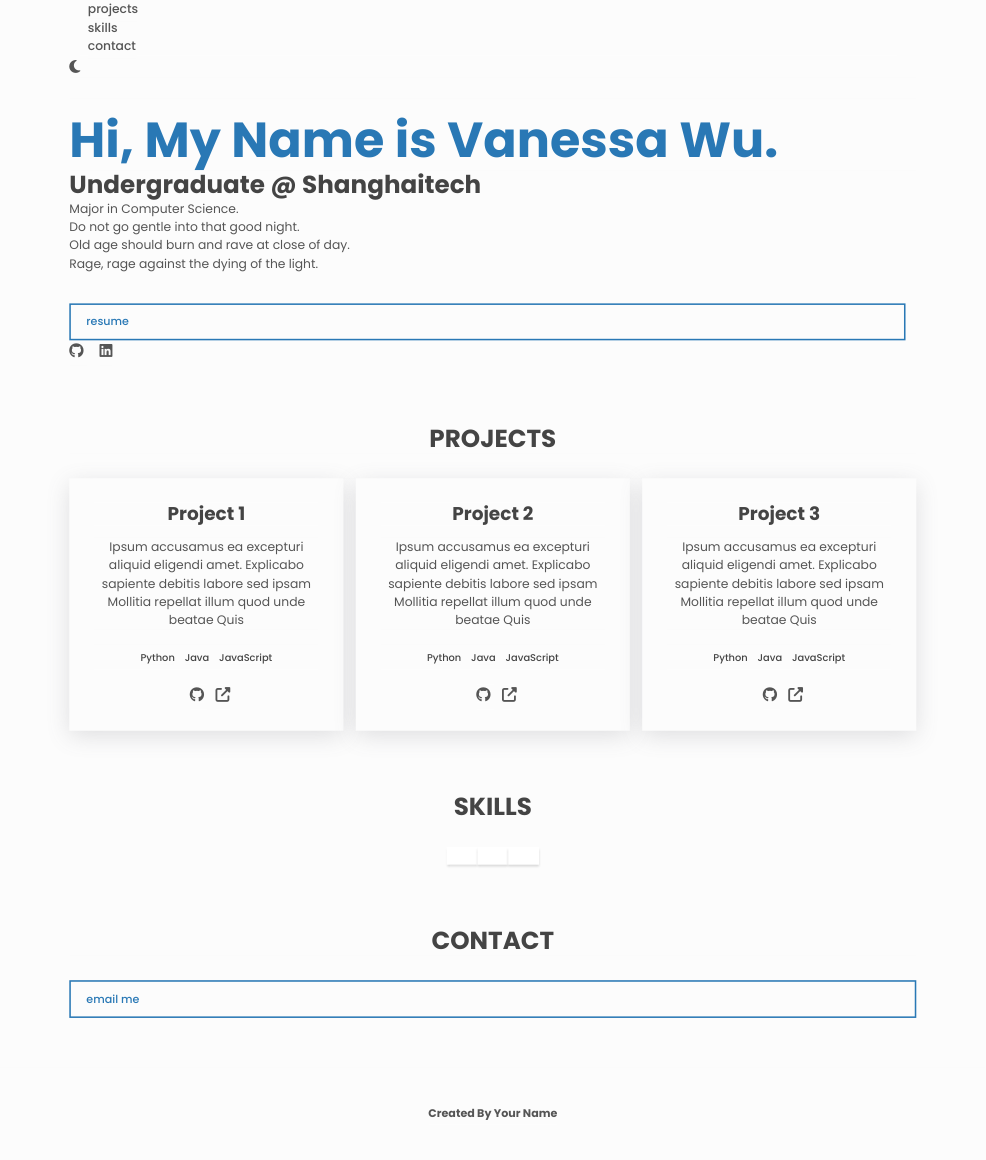
Repository: indiansummer1022/Cubstart
Page: Web Track/hw1/index.html
An editor plug-in stored every save of this project. The page is shown before and after the next save, followed by the edit.
The browser window is 1280 px wide. The pictures show the whole page, at 77% of full size.
Some web libraries are served in a nearby version.

Above is the page before, as saved 2022-02-16 00:29:51.

### Web Track/hw1/index.html
<!DOCTYPE html>
<html lang="en">

<head>
  <meta charset="UTF-8" />
  <meta name="viewport" content="width=device-width, initial-scale=1" />
  <meta name="description" content="Portfolio" />
  <link rel="preconnect" href="https://fonts.googleapis.com" />
  <link rel="preconnect" href="https://fonts.gstatic.com" crossorigin />
  <link href="https://fonts.googleapis.com/css2?family=Poppins:wght@400;500;700&display=swap" rel="stylesheet" />
  <script src="https://kit.fontawesome.com/fa62c117c7.js" crossorigin="anonymous"></script>
  <!-- BEGIN PART 1 -->
  <link rel="stylesheet" href ="styles.css">
  <title>Vanessa Wu</title>
  <!-- END PART 1 -->
</head>

<body class="light" id="top">
  <header class="header center">
    <!-- BEGIN PART 2 -->
    <h3>
        <a href="/"></a>
    </h3>
    <!-- END PART 2 -->
    <nav class="nav center">
      <ul class="nav__list center">
        <li class="nav__list-item">
          <a class="link link--nav" href="#projects">Projects</a>
        </li>
        <li class="nav__list-item">
          <a class="link link--nav" href="#skills">Skills</a>
        </li>
        <li class="nav__list-item">
          <a class="link link--nav" href="#contact">Contact</a>
        </li>
      </ul>

      <!-- BEGIN PART 5 -->

      <button type="button" aria-label="toggle theme" class="btn btn--icon">
        <i id="btn-theme" class="fas fa-moon"></i>
      </button>

      <!--
        5.1: What does this button tag correspond to on the site?

        Corresponds to the moon icon on top left of the page which to change the light/ dark theme of the website.

      -->

      <button type="button" aria-label="toggle navigation" class="btn btn--icon nav__hamburger">
        <i class="fas fa-bars"></i>
      </button>

      <!--
        5.2: Try Ctrl-F in styles.css and look the class 'nav__hamburger'. You'll notice that it
        appears in 2 places. Why is one of the rules 'display: none' on one instance? How do you
        make it so that this button appears on screen?
        Hint: remember what @media (max-width: 600px) means.

        1. @media (max-width: 600px) is for mobile so hamburger is set to appear on the screen if it is the mobile version.
        The element is hidden if it is the desktop version. [referring: @hannahmcg]
        2. Change 'display: none' to flex so this button will appear.

      -->

      <!-- END PART 5 -->
    </nav>
  </header>

  <main>
    <div class="about center">
      <!-- BEGIN PART 6 -->
      <h1 class="about__name">
        Hi, My Name is Vanessa Wu.
      </h1>
      <h2 class="about_role">
        Undergraduate @ Shanghaitech
      </h2>
      <p class="about-desc">
        Major in Computer Science. <br>
        Do not go gentle into that good night. <br>
        Old age should burn and rave at close of day. <br>
        Rage, rage against the dying of the light. <br>
      </p>
      <!-- END PART 6 -->
      <div class="about__contact center">
        <a href="https://example.com">
          <span class="btn btn--outline">Resume</span>
        </a>

        <a href="https://github.com/" aria-label="github" class="link link--icon">
          <i aria-hidden="true" class="fab fa-github"></i>
        </a>

        <a href="https://linkedin.com/in/" aria-label="linkedin" class="link link--icon">
          <i aria-hidden="true" class="fab fa-linkedin"></i>
        </a>
      </div>
    </div>
    <section id="projects" class="section projects">
      <h2 class="section__title">Projects</h2>
      <div class="projects__grid">
        <!-- BEGIN PART 8 -->
        <div class="project">
          <h3>Project 1</h3>
          <p class="project__description">
            Ipsum accusamus ea excepturi aliquid eligendi amet. Explicabo
            sapiente debitis labore sed ipsam Mollitia repellat illum quod
            unde beatae Quis
          </p>
          <ul class="project__stack">
            <li class="project__stack-item">Python</li>
            <li class="project__stack-item">Java</li>
            <li class="project__stack-item">JavaScript</li>
          </ul>

          <a href="https://github.com" aria-label="source code" class="link link--icon">
            <i aria-hidden="true" class="fab fa-github"></i>
          </a>
          <a href="https://example.com" aria-label="live preview" class="link link--icon">
            <i aria-hidden="true" class="fas fa-external-link-alt"></i>
          </a>
        </div>
        <!-- multiple projects -->
        <div class="project">
          <h3>Project 2</h3>
          <p class="project__description">
            Ipsum accusamus ea excepturi aliquid eligendi amet. Explicabo
            sapiente debitis labore sed ipsam Mollitia repellat illum quod
            unde beatae Quis
          </p>
          <ul class="project__stack">
            <li class="project__stack-item">Python</li>
            <li class="project__stack-item">Java</li>
            <li class="project__stack-item">JavaScript</li>
          </ul>

          <a href="https://github.com" aria-label="source code" class="link link--icon">
            <i aria-hidden="true" class="fab fa-github"></i>
          </a>
          <a href="https://example.com" aria-label="live preview" class="link link--icon">
            <i aria-hidden="true" class="fas fa-external-link-alt"></i>
          </a>
        </div>
        <!-- multiple projects -->
        <div class="project">
          <h3>Project 3</h3>
          <p class="project__description">
            Ipsum accusamus ea excepturi aliquid eligendi amet. Explicabo
            sapiente debitis labore sed ipsam Mollitia repellat illum quod
            unde beatae Quis
          </p>
          <ul class="project__stack">
            <li class="project__stack-item">Python</li>
            <li class="project__stack-item">Java</li>
            <li class="project__stack-item">JavaScript</li>
          </ul>

          <a href="https://github.com" aria-label="source code" class="link link--icon">
            <i aria-hidden="true" class="fab fa-github"></i>
          </a>
          <a href="https://example.com" aria-label="live preview" class="link link--icon">
            <i aria-hidden="true" class="fas fa-external-link-alt"></i>
          </a>
        </div>
        <!-- END PART 8 -->
      </div>
    </section>


    <section class="section skills" id="skills">
      <!-- BEGIN PART 10 -->
      <h2 class="section__title">Skills</h2>
      <ul class="skills__list">
        <li class="skills__list-item btn btn--plain"></li>
        <li class="skills__list-item btn btn--plain"></li>
        <li class="skills__list-item btn btn--plain"></li>
      </ul>
      <!-- END PART 10 -->
    </section>
    <section class="section contact center" id="contact">
      <h2 class="section__title">Contact</h2>
      <a href="mailto:youremail@gmail.com">
        <span class="btn btn--outline">Email me</span>
      </a>
    </section>
  </main>

  <footer class="footer">
    <!-- BEGIN PART 12 -->
    <a href="/" class="link footer__link">
      Created By Your Name
    </a>
    <!-- END PART 12 -->
  </footer>


  <div class="scroll-container">
    <div class="scroll-top">
      <a aria-label="Scroll up" href="#top">
        <i aria-hidden="true" class="fas fa-arrow-up"></i>
      </a>
    </div>
  </div>
  <script src="./script.js"></script>
</body>

</html>

### Web Track/hw1/styles.css
/*===============
  global styles
===============*/

* {
  padding: 0;
  margin: 0;
  border: 0;
  outline: 0;
  background-color: inherit;
  color: inherit;
  font-family: inherit;
  font-size: inherit;
  box-shadow: none;
  box-sizing: border-box;
}

html {
  scroll-behavior: smooth;
}

body {
  font-family: "Poppins", sans-serif;
  line-height: 1.5;
  color: var(--clr-fg);
  background-color: var(--clr-bg);
}

.light {
  --clr-bg: #fcfcfc;
  --clr-bg-alt: #fff;
  --clr-fg: #555;
  --clr-fg-alt: #444;
  --clr-primary: #2978b5;
  --shadow: rgba(100, 100, 111, 0.2) 0px 7px 29px 0px;
}

.dark {
  --clr-bg: #23283e;
  --clr-bg-alt: #2a2f4c;
  --clr-fg: #bdbddd;
  --clr-fg-alt: #cdcdff;
  --clr-primary: #90a0d9;
  --shadow: rgba(0, 0, 0, 0.16) 0px 10px 36px 0px,
    rgba(0, 0, 0, 0.06) 0px 0px 0px 1px;
}

::-moz-selection {
  background: var(--clr-primary);
  color: var(--clr-bg);
}

::-webkit-selection,
::selection {
  background: var(--clr-primary);
  color: var(--clr-bg);
}

h1,
h2,
h3,
h4 {
  line-height: 1.2;
  color: var(--clr-fg-alt);
}

h1 {
  font-size: 4rem;
}

h2 {
  font-size: 2rem;
}

h3 {
  font-size: 1.5rem;
}

h4 {
  font-size: 1.3rem;
}

ul {
  list-style-type: none;
}

a {
  text-decoration: none;
}

button {
  cursor: pointer;
}

@media (max-width: 900px) {
  h1 {
    font-size: 2.6rem;
  }
}

/*===================
  buttons and links
===================*/

.link {
  color: var(--clr-primary);
  padding: 0 0 0.3em 0;
  position: relative;
}

.link:hover {
  color: var(--clr-primary);
}

/* BEGIN PART 4 */

.link::before {
  content: "";
  display: inline;
  width: 0%;
  height: 0.2em;
  position: absolute;
  bottom: 0;
  background-color: var(--clr-primary);
  /* transition: */
}

.link:hover::before,
.link:focus::before {
  width: 100%;
  transition: property width, duration 5s, timing-function ease-in;
}

/* END PART 4 */

.link--nav {
  color: var(--clr-fg);
  text-transform: lowercase;
  font-weight: 500;
}

.link--icon {
  color: var(--clr-fg);
  font-size: 1.2rem;
}

.btn {
  display: block;
  padding: 0.8em 1.4em;
  font-weight: 500;
  font-size: 0.9rem;
  text-transform: lowercase;
  transition: transform 0.2s ease-in-out;
}

.btn--outline {
  color: var(--clr-primary);
  border: 2px solid var(--clr-primary);
  position: relative;
  overflow: hidden;
  z-index: 1;
}

.btn--outline:focus,
.btn--outline:hover {
  color: var(--clr-bg);
}

.btn--outline:before {
  content: "";
  position: absolute;
  background-color: var(--clr-primary);
  right: 100%;
  bottom: 0;
  left: 0;
  top: 0;
  z-index: -1;
  transition: right 0.2s ease-in-out;
}

.btn--outline:hover::before,
.btn--outline:focus::before {
  right: 0;
}

.btn--plain {
  text-transform: initial;
  background-color: var(--clr-bg-alt);
  box-shadow: rgba(0, 0, 0, 0.15) 0px 3px 3px 0px;
  border: 0;
}

.btn--plain:hover {
  transform: translateY(-4px);
}

.btn--icon {
  padding: 0;
  font-size: 1.2rem;
}

.btn--icon:hover,
.btn--icon:focus {
  color: var(--clr-primary);
}

.btn--icon:active {
  transform: translateY(-5px);
}

/*========
  layout
========*/

/* BEGIN PART 3 */

.center {
  justify-content: center;
  flex-direction: column;
}

.header {
  height: 8em;
  max-width: 1100px;
  width: 95%;
  margin: 0 auto;
  /* justify-content: */
  justify-content: space-around;
}

/* END PART 3 */

main {
  max-width: 1100px;
  width: 95%;
  margin: 0 auto;
}

.section {
  margin-top: 5em;
}

.section__title {
  text-align: center;
  margin-bottom: 1em;
  text-transform: uppercase;
}

.nav__list {
  margin-right: 1.5em;
  display: flex;
}

.nav__list-item {
  margin-left: 1.5em;
}

.nav__hamburger {
  display: none;
  width: 1em;
}

/* BEGIN PART 7 */

.about {
  flex-direction: column;
  margin-top: 1em;
}

/* END PART 7 */

.about__name {
  color: var(--clr-primary);
}

.about__role {
  margin-top: 1.2em;
}

.about__desc {
  font-size: 1rem;
  max-width: 600px;
}

.about__desc,
.about__contact {
  margin-top: 2.4em;
}

.about .link--icon {
  margin-right: 0.8em;
}

.about .btn--outline {
  margin-right: 1em;
}

/* BEGIN PART 9 */

.projects__grid {
  max-width: 1100px;
  margin: 0 auto;
  /* display: */
  display: grid;
  /* grid-template-columns: */
  grid-template-columns: repeat(auto-fit, calc(100% / 3 - 1em * 2 / 3));
  /* grid-gap: */
  grid-gap: 1em;
}

/* END PART 9 */

.project {
  padding: 2em;
  margin: 0 auto;
  text-align: center;
  box-shadow: var(--shadow);
  transition: transform 0.2s linear;
}

.project:hover {
  transform: translateY(-7px);
}

.project__description {
  margin-top: 1em;
}

.project__stack {
  display: flex;
  flex-wrap: wrap;
  justify-content: center;
  margin: 1.2em 0;
}

.project__stack-item {
  margin: 0.5em;
  font-weight: 500;
  font-size: 0.8rem;
  color: var(--clr-fg-alt);
}

.project .link--icon {
  margin-left: 0.5em;
}

/* BEGIN PART 11 */

.skills__list {
  max-width: 450px;
  width: 95%;
  margin: 0 auto;
  /* display: */
  display: flex;
  /* flex-wrap: */
  flex-wrap: wrap;
  /* justify-content: */
  justify-content: center;
}

.skills__list-item {
}

/* END PART 11 */

.contact {
  flex-direction: column;
}

.footer {
  padding: 3em 0;
  margin-top: 4em;
  text-align: center;
}

.footer__link {
  font-size: 0.9rem;
  font-weight: 700;
  color: var(--clr-fg);
}

.scroll-top {
  display: none;
  position: fixed;
  bottom: 1em;
  right: 2em;
  background-color: transparent;
  font-size: 1.8rem;
  transition: transform 0.2s ease-in-out;
}

@media (max-width: 600px) {
  .header {
    height: 6em;
  }

  .section {
    margin-top: 4em;
  }

  .nav__list {
    flex-direction: column;
    padding: 4em 0;
    position: absolute;
    right: 0;
    left: 0;
    top: 5em;
    background-color: var(--clr-bg);
    width: 0;
    overflow: hidden;
    transition: width 0.2s ease-in-out;
  }

  .display-nav-list {
    width: 100%;
  }

  .nav__list-item {
    margin: 0.5em 0;
  }

  .nav__hamburger {
    display: flex;
    margin-left: 0.8em;
  }

  .about {
    align-items: flex-start;
    margin-top: 2em;
  }

  .footer {
    padding: 2em;
    margin-top: 3em;
  }

  .scroll-container {
    display: none;
  }
}

### Web Track/hw1/script.js
const body = document.body

const btnTheme = document.querySelector('.fa-moon')
const btnHamburger = document.querySelector('.fa-bars')

const addThemeClass = (bodyClass, btnClass) => {
  body.classList.add(bodyClass)
  btnTheme.classList.add(btnClass)
}

const getBodyTheme = localStorage.getItem('portfolio-theme')
const getBtnTheme = localStorage.getItem('portfolio-btn-theme')

addThemeClass(getBodyTheme, getBtnTheme)

const isDark = () => body.classList.contains('dark')

const setTheme = (bodyClass, btnClass) => {

	body.classList.remove(localStorage.getItem('portfolio-theme'))
	btnTheme.classList.remove(localStorage.getItem('portfolio-btn-theme'))

  addThemeClass(bodyClass, btnClass)

	localStorage.setItem('portfolio-theme', bodyClass)
	localStorage.setItem('portfolio-btn-theme', btnClass)
}

const toggleTheme = () =>
	isDark() ? setTheme('light', 'fa-moon') : setTheme('dark', 'fa-sun')

btnTheme.addEventListener('click', toggleTheme)

const displayList = () => {
	const navUl = document.querySelector('.nav__list')

	if (btnHamburger.classList.contains('fa-bars')) {
		btnHamburger.classList.remove('fa-bars')
		btnHamburger.classList.add('fa-times')
		navUl.classList.add('display-nav-list')
	} else {
		btnHamburger.classList.remove('fa-times')
		btnHamburger.classList.add('fa-bars')
		navUl.classList.remove('display-nav-list')
	}
}

btnHamburger.addEventListener('click', displayList)

const scrollUp = () => {
	const btnScrollTop = document.querySelector('.scroll-top')

	if (
		body.scrollTop > 500 ||
		document.documentElement.scrollTop > 500
	) {
		btnScrollTop.style.display = 'block'
	} else {
		btnScrollTop.style.display = 'none'
	}
}

document.addEventListener('scroll', scrollUp)

After the next save:
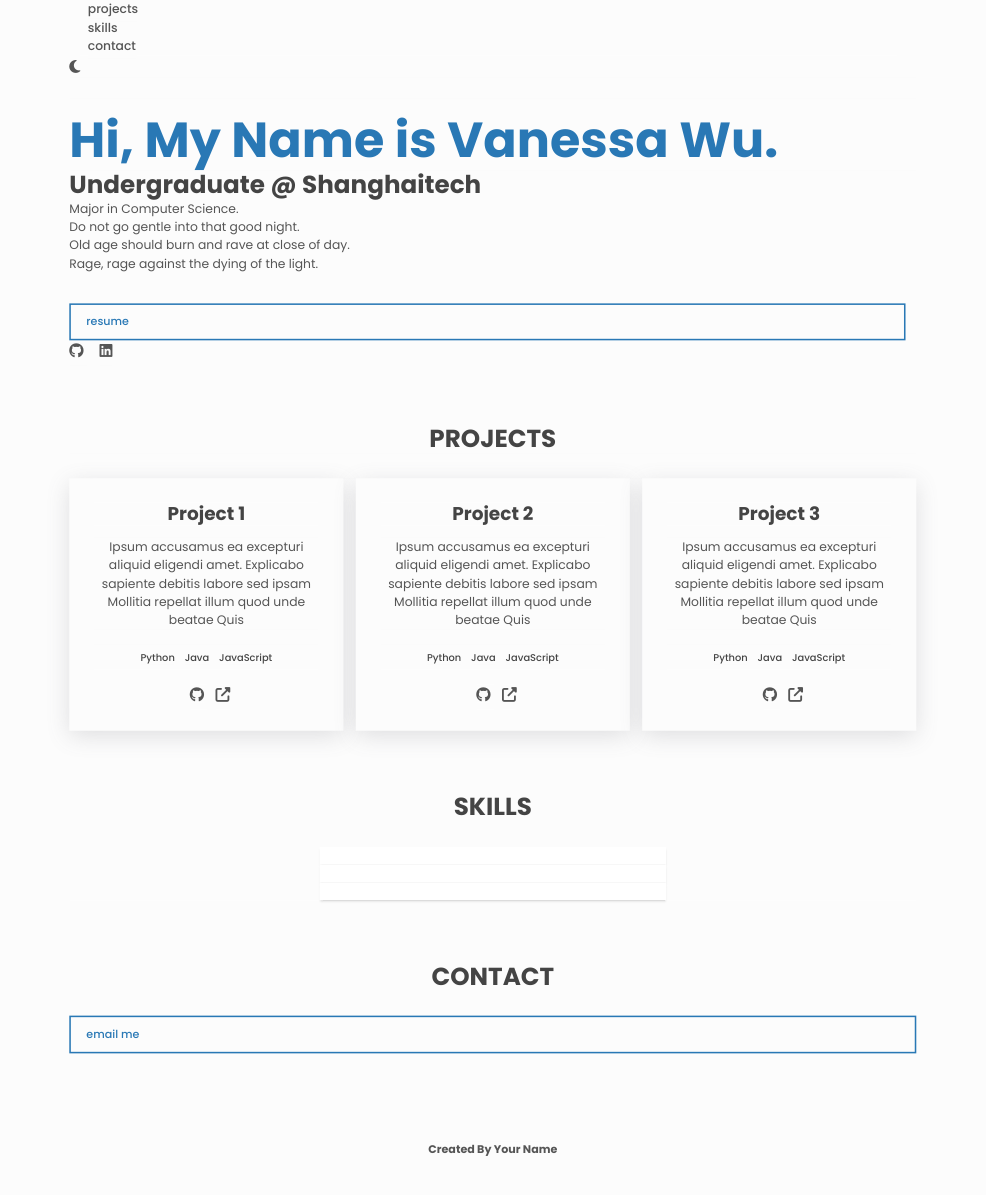
Saved 18 s later.
--- a/Web Track/hw1/styles.css
+++ b/Web Track/hw1/styles.css
@@ -350,12 +350,7 @@
   max-width: 450px;
   width: 95%;
   margin: 0 auto;
-  /* display: */
-  display: flex;
-  /* flex-wrap: */
-  flex-wrap: wrap;
-  /* justify-content: */
-  justify-content: center;
+
 }
 
 .skills__list-item {

After the save that followed:
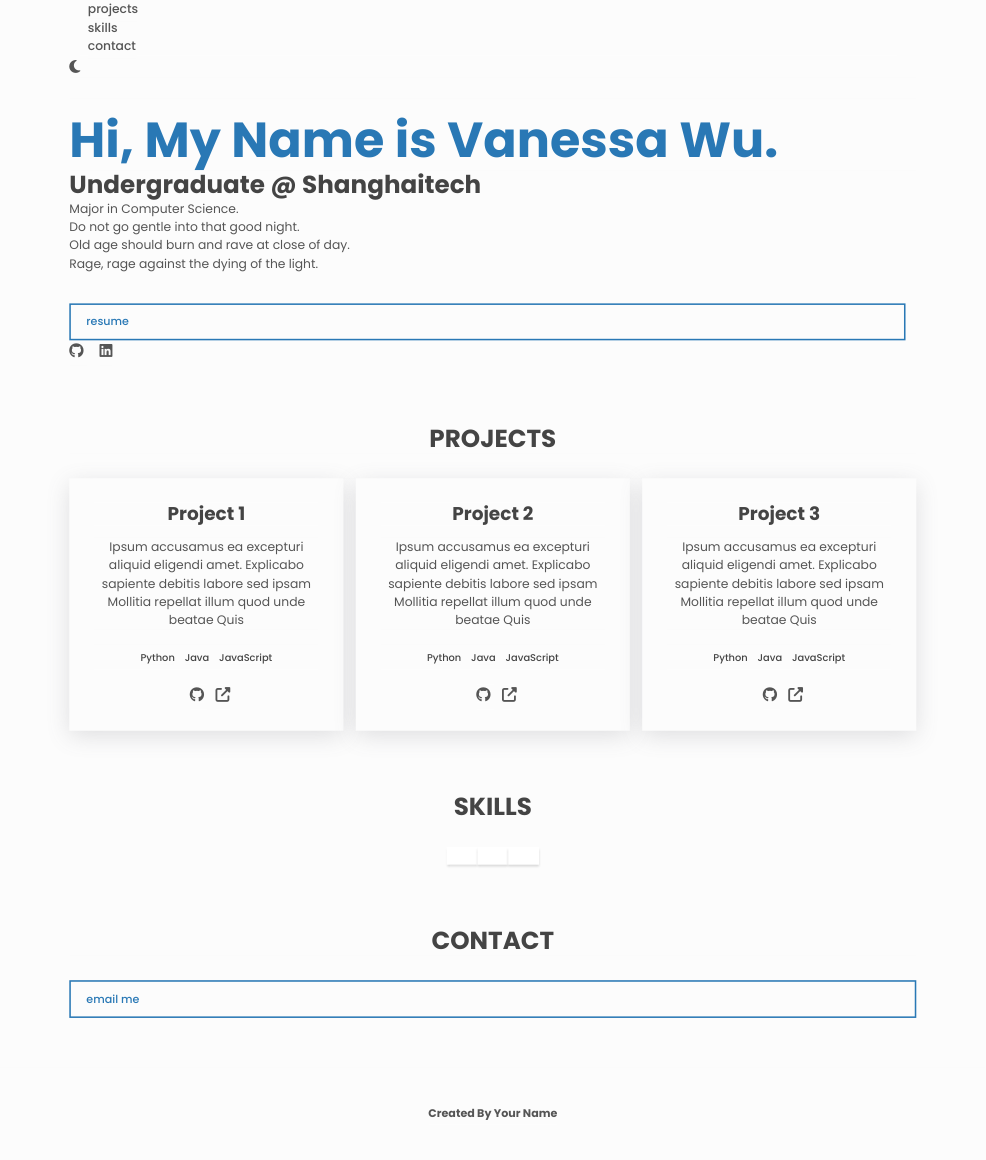
Saved 7 s later.
--- a/Web Track/hw1/styles.css
+++ b/Web Track/hw1/styles.css
@@ -350,7 +350,12 @@
   max-width: 450px;
   width: 95%;
   margin: 0 auto;
-
+  /* display: */
+  display: flex;
+  /* flex-wrap: */
+  flex-wrap: wrap;
+  /* justify-content: */
+  justify-content: center;
 }
 
 .skills__list-item {
